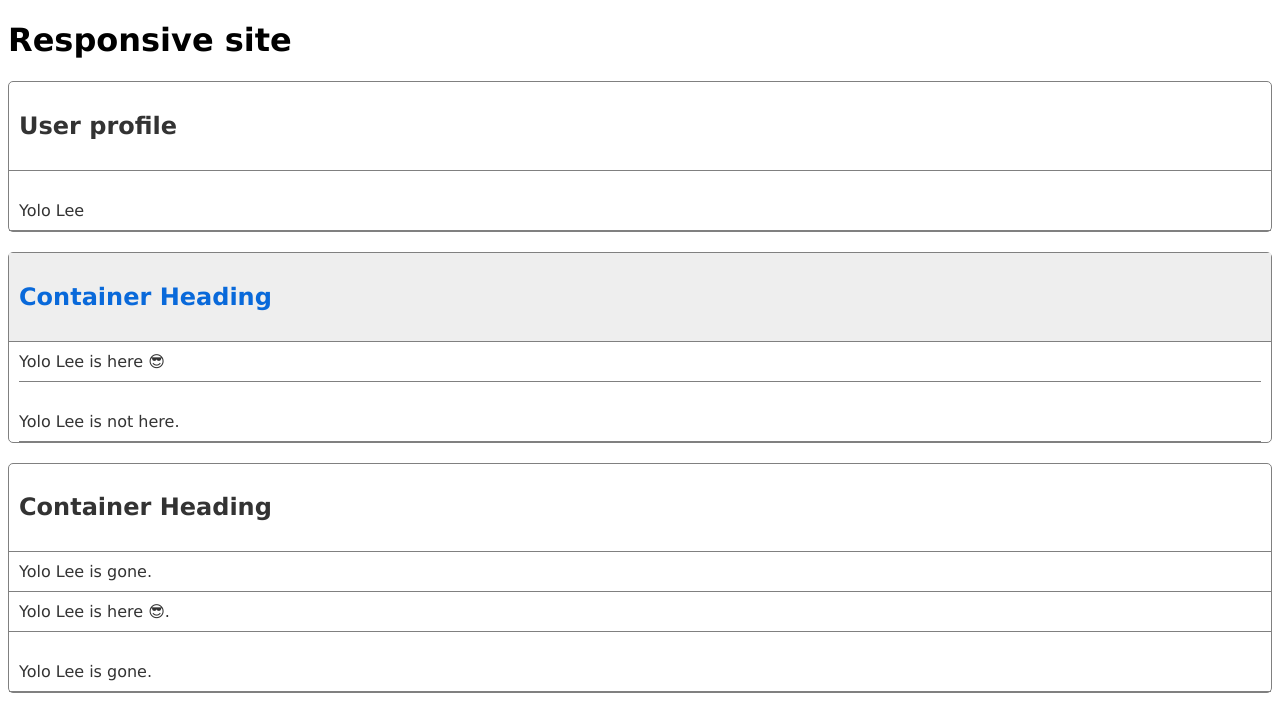
Repository: HyunJunggggg/MDIA2109
Page: inclass/week6/index.html
An editor plug-in stored every save of this project. The page is shown before and after the next save, followed by the edit.
The browser window is 1280 px wide. The pictures show the whole page.

Above is the page before, as saved 2025-02-13 15:03:33.

### inclass/week6/index.html
<!DOCTYPE html>
<html lang="en">
<head>
  <meta charset="UTF-8">
  <meta name="viewport" content="width=device-width, initial-scale=1.0">
  <link rel="stylesheet" href="css/style.css">
  <title>Code with me and responsive site 😉</title>
</head>

<body>
  <h1>Responsive site</h1>

  <section class="container container--emphasize">
    <div class="container__content">
      <h1 class="container__title">User profile</h1>
    </div>
    <div class="container__content">
      Yolo Lee
    </div>
  </section>

  <section class="container">
    <header class="container__header">
      <h1 class="container__title">Container Heading</h1>
    </header>
    <div class="container__content container__content--with-margin">
      Yolo Lee is here 😎
    </div>
    <div class="container__content container__content--with-margin">
      Yolo Lee is not here.
    </div>
  </section>

  <section class="container">
    <div class="container__content">
      <h1 class="container__title">Container Heading</h1>
    </div>
    <div class="container__content">
      Yolo Lee is gone.
    </div>
    <div class="container__content">
      Yolo Lee is here 😎.
    </div>
    <div class="container__content">
      Yolo Lee is gone.
    </div>
  </section>
</body>
</html>

### inclass/week6/css/style.css
html{
  font-family: Verdana, Geneva, Tahoma, sans-serif;
}

.container{
  border: 1px solid grey;
  border-radius: 5px;
  color: #333;
  margin-bottom: 20px;

  &.container--emphasize{
    box-shadow: 2px ;
  }

  &:last-child {
      /* .container + .container
    if container directly next to container
    it will apply. sibling selector
   it can use for .container:last-child */
    margin-top: 20px;
  }
}

.container__header{
  color: #0969da;
  background-color: #eee;
  border-bottom: 1px solid grey;
  padding: 10px;
}

.container__content{
  padding: 10px;
  border-bottom: 1px solid gray;

  &.container__content--with-margin{
    padding: 10px 0;
    margin:  0 10px;
  }

  &:last-child {
  margin-top: 20px;
}
}

After the next save:
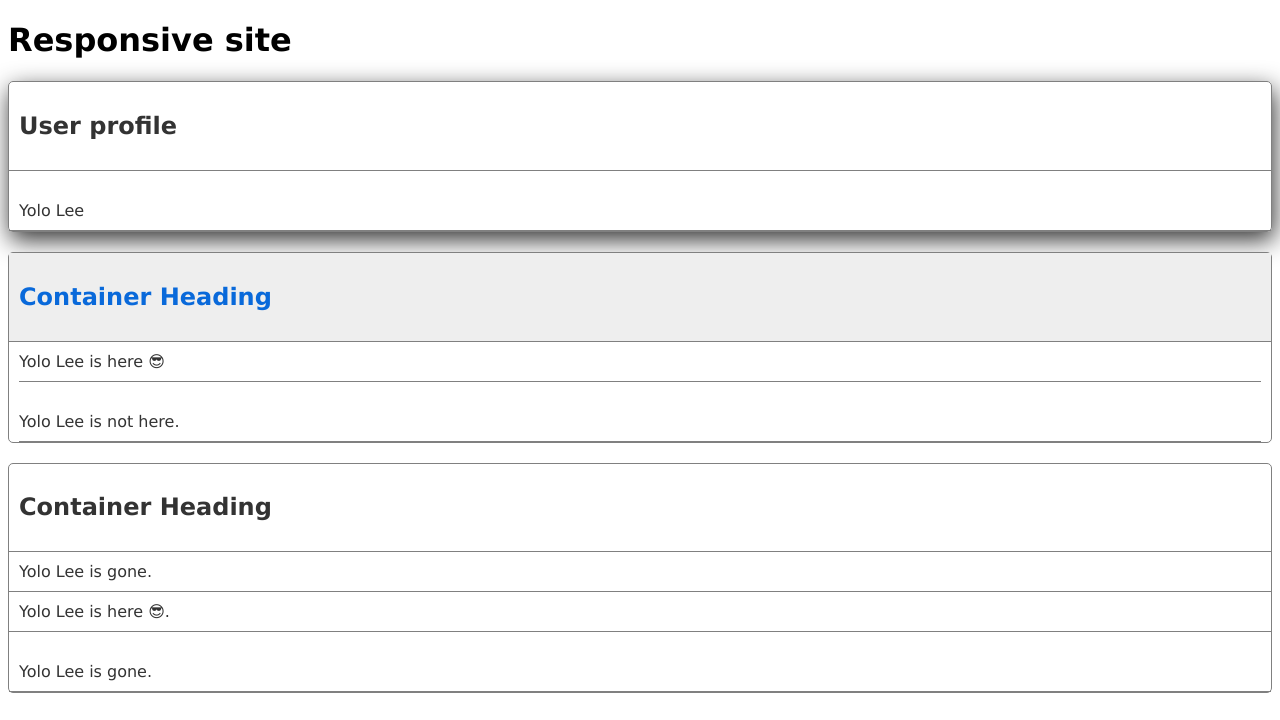
Saved 4 s later.
--- a/inclass/week6/css/style.css
+++ b/inclass/week6/css/style.css
@@ -9,7 +9,7 @@
   margin-bottom: 20px;
 
   &.container--emphasize{
-    box-shadow: 2px ;
+    box-shadow: 2px 8px 25px ;
   }
 
   &:last-child {

After the 2 saves that followed:
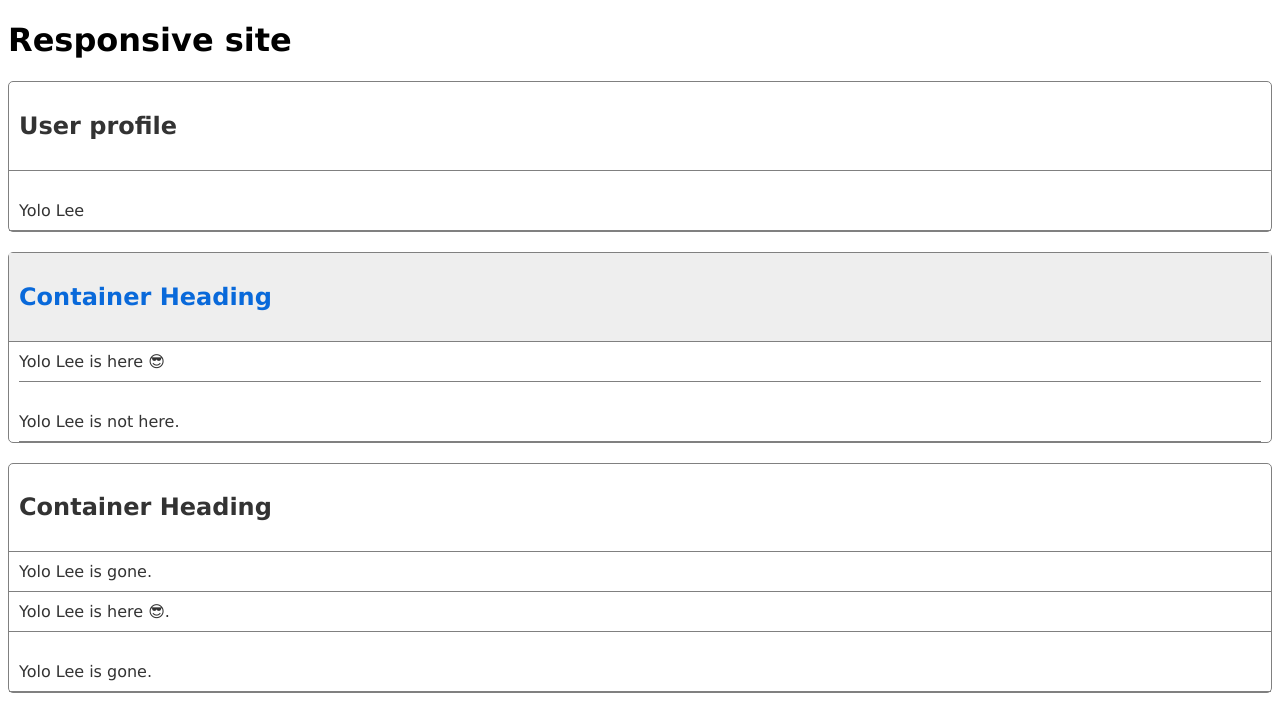
The 2 saves are shown as one change because they came seconds apart.
The last was saved 6 s later.
--- a/inclass/week6/css/style.css
+++ b/inclass/week6/css/style.css
@@ -9,7 +9,7 @@
   margin-bottom: 20px;
 
   &.container--emphasize{
-    box-shadow: 2px 8px 25px ;
+    box-shadow: 2px 8px 25px -10px rgb();
   }
 
   &:last-child {
